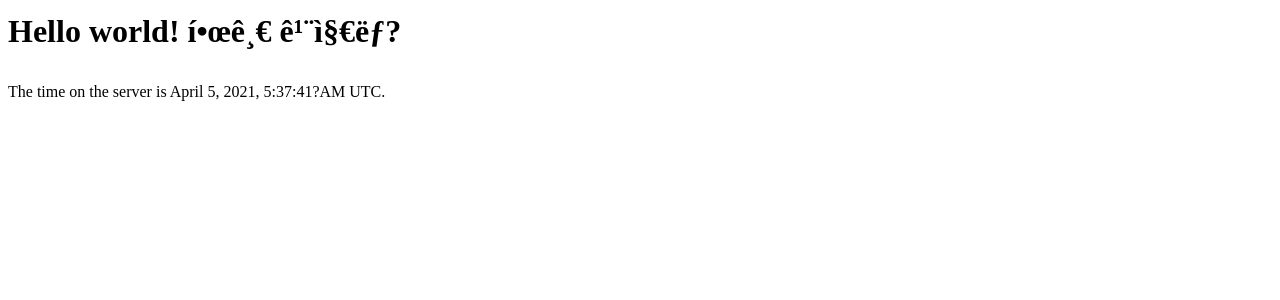
Repository: cksdnr3/springMVC
Page: http://localhost/Sp01/
An editor plug-in stored every save of this project. The page is shown before and after the next save, followed by the edit.
The browser window is 1280 px wide. The pictures show the whole page.
The page is served by Tomcat 9. Other server files are loaded and not shown. The template is opened directly, without the code that normally fills it, so the values that code supplies are empty.

Above is the page before, as saved 2021-04-05 06:34:30.

### Sp01/src/main/webapp/WEB-INF/views/home.jsp
<%@ taglib uri="http://java.sun.com/jsp/jstl/core" prefix="c" %>
<%@ page session="false" %>
<html>
<head>
	<title>Home</title>
</head>
<body>
<h1>
	Hello world!  한글 깨지냐?
</h1>

<P>  The time on the server is ${serverTime}. </P>
</body>
</html>

After the next save:
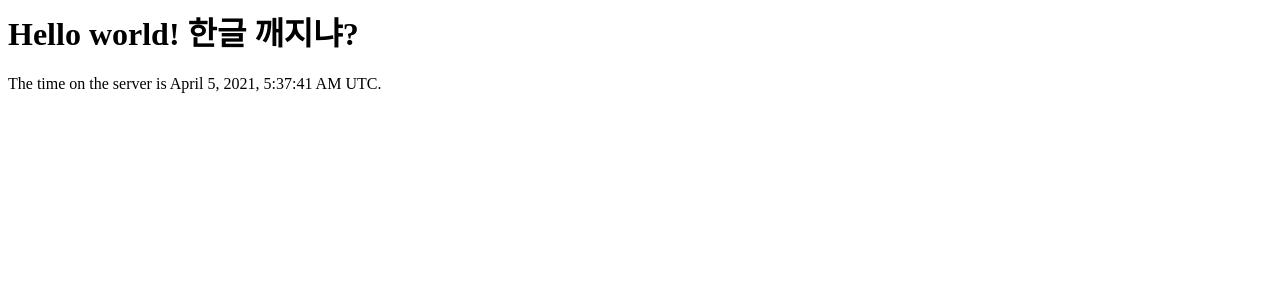
Saved 84 s later.
--- a/Sp01/src/main/webapp/WEB-INF/views/home.jsp
+++ b/Sp01/src/main/webapp/WEB-INF/views/home.jsp
@@ -1,5 +1,5 @@
 <%@ taglib uri="http://java.sun.com/jsp/jstl/core" prefix="c" %>
-<%@ page session="false" %>
+<%@ page contentType="text/html;charset=utf-8" %>
 <html>
 <head>
 	<title>Home</title>
